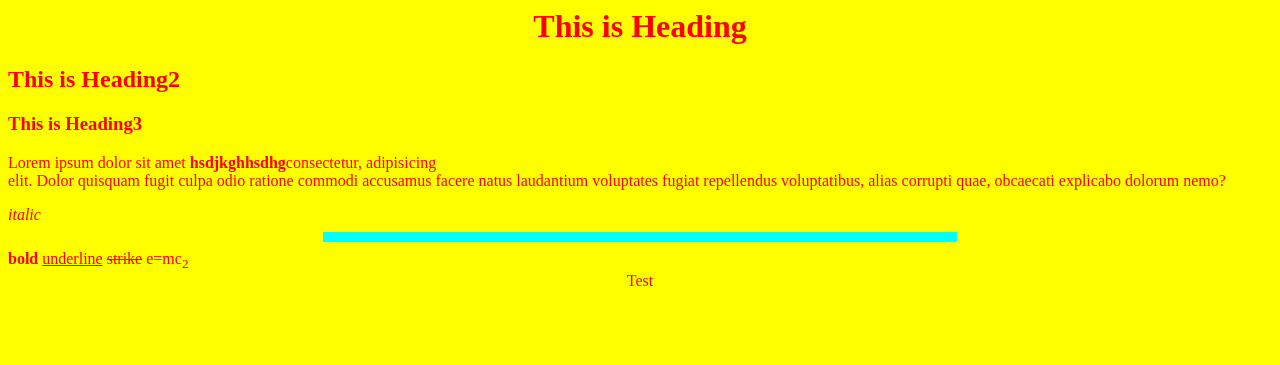
Repository: FaisalTrippanachi/Baabtra-Training-1
Page: index.html
These files come from the project's save history. The page is drawn as it stood at one moment and after the next save; the edit follows.
The browser window is 1280 px wide. The pictures show the whole page.

Above is the page before, as saved 2021-01-19 11:29:39.

After the next save:
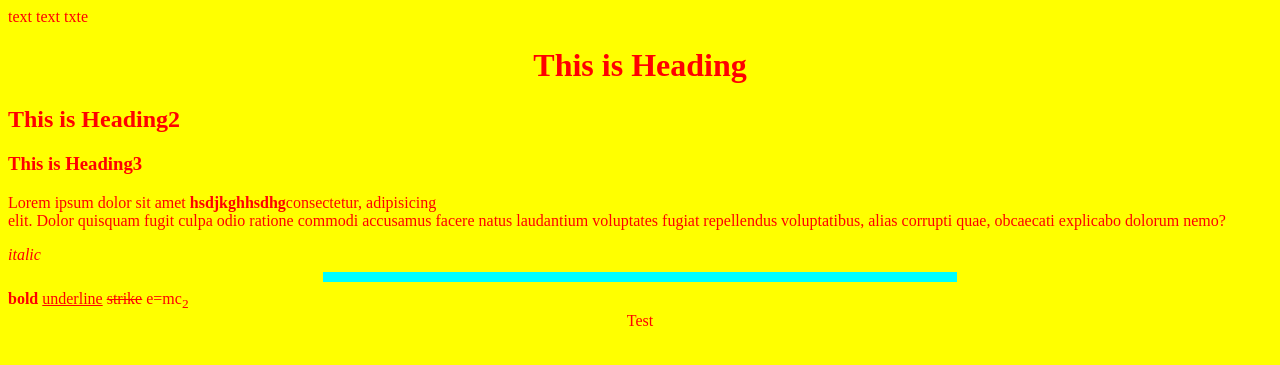
Saved 71 s later.
--- a/index.html
+++ b/index.html
@@ -5,6 +5,8 @@
 </head>
 
 <body bgcolor="yellow" text="red">
+
+    <p>text text txte</p>
     <h1 align="center">This is Heading</h1>
     <h2>This is Heading2</h2>
     <h3>This is Heading3</h3>
